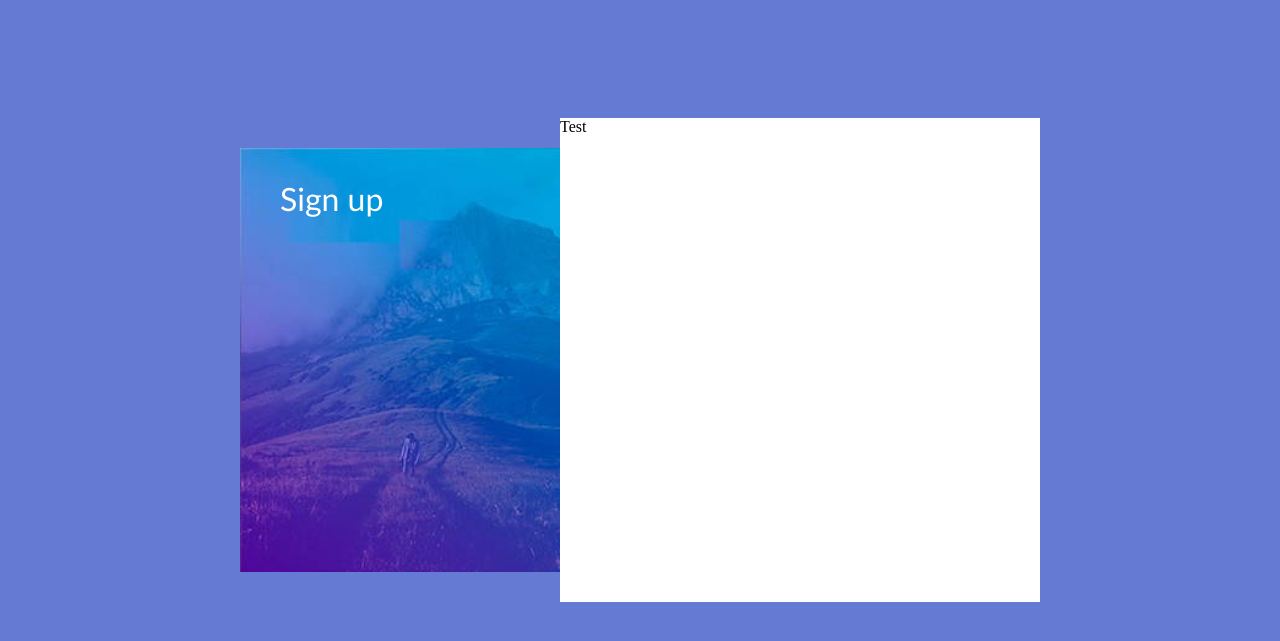
Repository: RugileG/registracijos-forma
Page: index.html
An editor plug-in stored every save of this project. The page is shown before and after a run of saves, followed by the edit.
The browser window is 1280 px wide. The pictures show the whole page.

Above is the page before, as saved 2021-05-17 12:04:11.

### index.html
<!DOCTYPE html>
<html lang="en">
<head>
    <meta charset="UTF-8">
    <meta http-equiv="X-UA-Compatible" content="IE=edge">
    <meta name="viewport" content="width=device-width, initial-scale=1.0">
    <title>Registracija</title>
    <style>

        html {
            height: 100%;
        }

        body {
            max-width: 800px;
            min-height: 100%;
            margin: 0 auto;
            position: relative;
            background-color: #657AD3;
        }

        .container {
            width: 100%;
            position: absolute;
            top: 50%;
            transform: translateY(-50%);
        }

        .left-column, .right-column {
            float:left;
            height: 484px;
        }

        .left-column {
            width: 40%;
            background-color: transparent;
        }

        .right-column {
            width: 60%;
            background-color: #FFFFFF ;
        }

        .left-column-container {
            display: block;
            height: 424px;
            background-color: red;
            margin-top: 30px;
            background: transparent url('img/mountain.png') 0% 0% no-repeat padding-box;
            background-size: cover;
            padding-left: 40px;
        }

        h1 {
            font: normal normal normal 32px/37px Gill Sans MT;
            color: #FFFFFF;
            margin: 0;
            padding-top: 32px;
        }


    </style>
</head>
<body>
    <div class='container'>
        <div class='left-column'>
            <div class='left-column-container'>
                <h1>Sign up</h1>
                <p></p>
            </div>
        </div>
        <div class='right-column'>Test</div>
    </div>
</body>
</html>

After the next 5 saves:
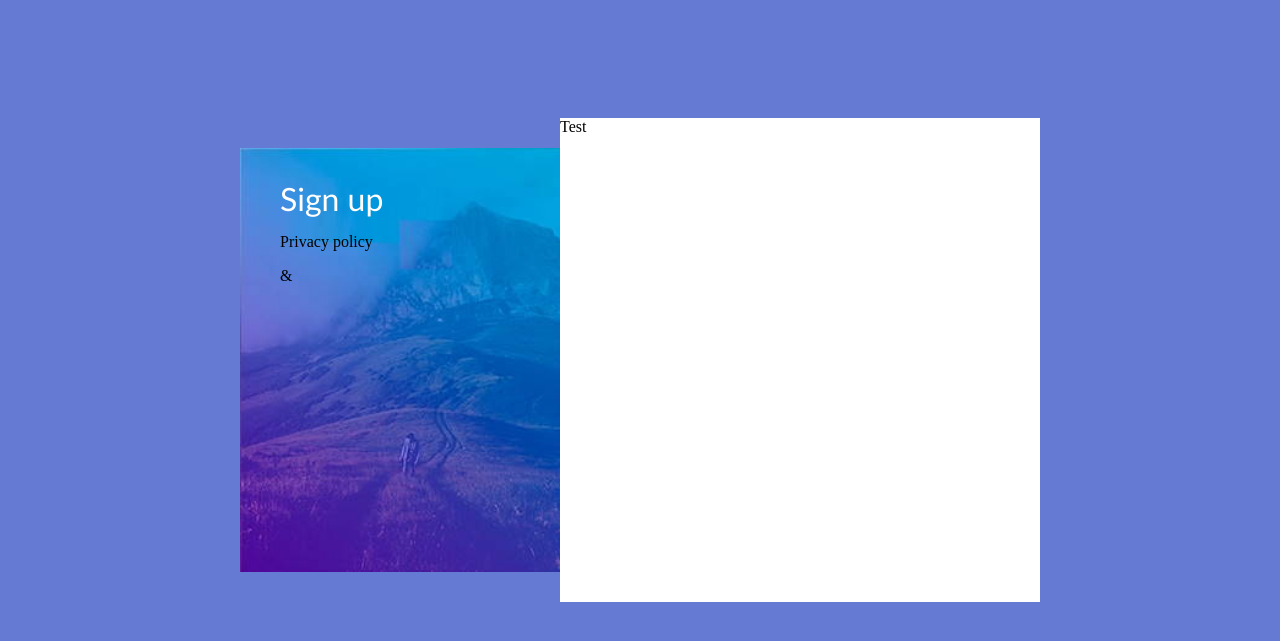
The 5 saves are shown as one change because they came seconds apart.
The last was saved 15 s later.
--- a/index.html
+++ b/index.html
@@ -66,6 +66,8 @@
         <div class='left-column'>
             <div class='left-column-container'>
                 <h1>Sign up</h1>
+                <p>Privacy policy</p>
+                <p>&</p>
                 <p></p>
             </div>
         </div>
